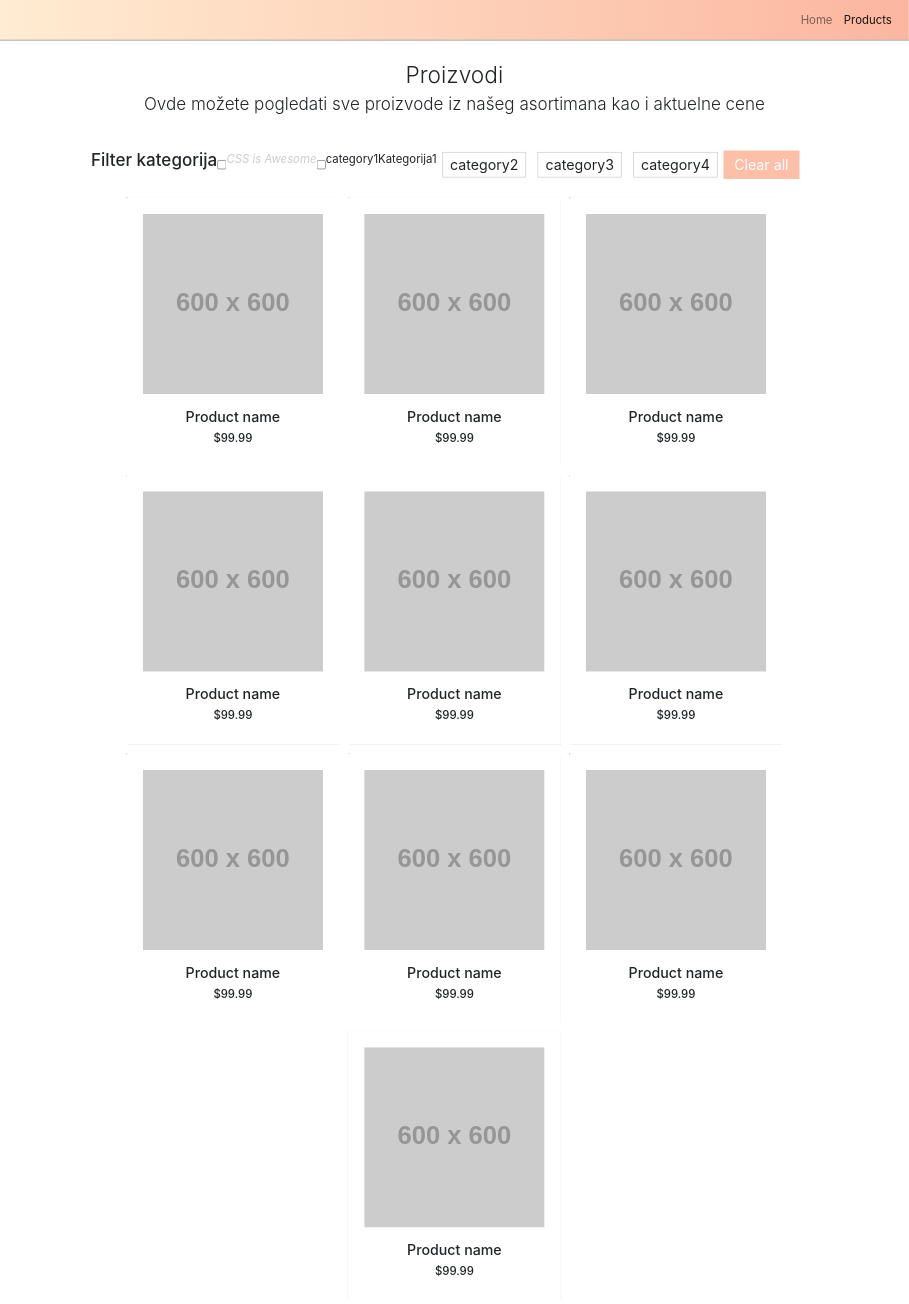
Repository: StevanFilipovic/TemplateForSinglepageWebsite
Page: products.html
An editor plug-in stored every save of this project. The page is shown before and after the next save, followed by the edit.
The browser window is 1280 px wide. The pictures show the whole page, at 71% of full size.
Some web libraries are served in a nearby version.

Above is the page before, as saved 2018-06-15 11:26:54.

### products.html
<!doctype html>
<html>
<head>
	<meta charset="utf-8">
	<title>One Page Scroll</title>
	<meta name="title" content="Website by Stevan" />
	<meta name="description" content="Proizvodi"/>
    <link rel="shortcut icon" id="favicon" href="">
    <meta name="viewport" content="initial-scale=1, width=device-width, maximum-scale=1, minimum-scale=1, user-scalable=no">
	<link href='http://fonts.googleapis.com/css?family=Open+Sans:300,400,700' rel='stylesheet' type='text/css'>
	<link href='http://fonts.googleapis.com/css?family=Pacifico:400' rel='stylesheet' type='text/css'>
	<script type="text/javascript" src="http://code.jquery.com/jquery-1.9.1.js"></script>
  <link href='products-page-style.css' rel='stylesheet' type='text/css'>
  <!-- Da bi koristili less potrebno je odkomentarisati donje dve linije i uraditi konverziju css-a i ubaciti u dole navedene fajlove -->
  <!-- <link rel="stylesheet/less" type="text/css" href="onepage-scrool.less" /> -->
  <!-- <link rel="stylesheet/less" type="text/css" href="styles.less" /> -->
  <!-- <script src="less.js" type="text/javascript"></script> -->
  <link rel="stylesheet" href="https://stackpath.bootstrapcdn.com/bootstrap/4.1.1/css/bootstrap.min.css" integrity="sha384-WskhaSGFgHYWDcbwN70/dfYBj47jz9qbsMId/iRN3ewGhXQFZCSftd1LZCfmhktB" crossorigin="anonymous">

<script>
    $(document).ready(function() {
  var $products = $('.grid-products'),
      $filters = $("#filters input[type='checkbox']"),
      product_filter = new ProductFilterLevel1($products, $filters);
  product_filter.init();
});

function ProductFilterLevel1(products, filters) {
  var _this = this;

  this.init = function() {
    this.products = products;
    this.filters = filters;
    this.bindEvents();
  };

  this.bindEvents = function() {
    this.filters.click(this.filterGridProducts);
    $('#none').click(this.removeAllFilters);
  };

  this.filterGridProducts = function() {
    _this.products.hide();
    var selectedFilters = _this.filters.filter(':checked');
    if (selectedFilters.length) {
      var selectedFiltersValues = [];
      selectedFilters.each(function() {
        var currentFilter = $(this);
        selectedFiltersValues.push("[data-" + currentFilter.attr('name') + "='" + currentFilter.val() + "']");
      });
      _this.products.filter(selectedFiltersValues.join(',')).show();
    } else {
      _this.products.show();
    }
  };

  this.removeAllFilters = function() {
    _this.filters.prop('checked', false);
    _this.products.show();
  }
}
</script>

</head>
<body>
        <div class="header">
                <nav class="navbar navbar-expand-lg navbar-light">
                  <!-- <a class="navbar-brand" href="#">Navbar</a> -->
                  <button class="navbar-toggler" type="button" data-toggle="collapse" data-target="#navbarNavDropdown" aria-controls="navbarNavDropdown" aria-expanded="false" aria-label="Toggle navigation">
                    <span class="navbar-toggler-icon"></span>
                  </button>
                  <div class="collapse navbar-collapse justify-content-end" id="navbarNavDropdown">
                    <ul class="navbar-nav">
                      <li class="nav-item ">
                        <a class="nav-link" href="index.html">Home </a>
                      </li>
                      <li class="nav-item active">
                        <a class="nav-link" href="products.html">Products<span class="sr-only">(current)</span></a>
                      </li>
                      </li>
                    </ul>
                  </div>
                </nav>
                </div>
<div class="intro-text">
    <h2>Proizvodi</h2>
    <h4>Ovde možete pogledati sve proizvode iz našeg asortimana kao i aktuelne cene</h4>
</div>
<div id="filters" class="products">
    <div class="filter-wrapper">
      <h4>Filter kategorija</h4>
      <input type="checkbox" id="ossm" name="ossm">
      <label for="ossm">CSS is Awesome</label>

      <input type="checkbox" name="colour" id="category1" value="category1" ><span class="filters-title">category1</span></input>
      <label for="category1">Kategorija1</label>

      <label class="filter-container"><input type="checkbox" name="colour" id="category2" value="category2"><span class="filters-title">category2</span></input></label>
      <label class="filter-container"><input type="checkbox" name="colour" id="category3" value="category3"><span class="filters-title">category3</span></input></label>
      <label class="filter-container"><input type="checkbox" name="colour" id="category4" value="category4"><span class="filters-title">category4</span></input></label>
    </div>
    <div>
      <input class="button-clear dugme" type="button" id="none" value="Clear all"></input>
    </div>
  </div>

          <section class="products">
                <div class="product-card grid-products" data-colour="category1">
                    <div class="product-image">
                        <img src="http://via.placeholder.com/600x600">
                    </div>
                    <div class="product-info">
                        <h5>Product name</h5>
                        <h6>$99.99</h6>
                    </div>
                </div>

                <div class="product-card grid-products" data-colour="category1">
                    <div class="product-image">
                        <img src="http://via.placeholder.com/600x600">
                    </div>
                    <div class="product-info">
                        <h5>Product name</h5>
                        <h6>$99.99</h6>
                    </div>
                </div>

                <div class="product-card grid-products" data-colour="category2">
                    <div class="product-image">
                        <img src="http://via.placeholder.com/600x600">
                    </div>
                    <div class="product-info">
                        <h5>Product name</h5>
                        <h6>$99.99</h6>
                    </div>
                </div>

                <div class="product-card grid-products" data-colour="category2">
                    <div class="product-image">
                        <img src="http://via.placeholder.com/600x600">
                    </div>
                    <div class="product-info">
                        <h5>Product name</h5>
                        <h6>$99.99</h6>
                    </div>
                </div>

                <div class="product-card grid-products" data-colour="category3">
                    <div class="product-image">
                        <img src="http://via.placeholder.com/600x600">
                    </div>
                    <div class="product-info">
                        <h5>Product name</h5>
                        <h6>$99.99</h6>
                    </div>
                </div>

                <div class="product-card grid-products" data-colour="category3">
                    <div class="product-image">
                        <img src="http://via.placeholder.com/600x600">
                    </div>
                    <div class="product-info">
                        <h5>Product name</h5>
                        <h6>$99.99</h6>
                    </div>
                </div>

                <div class="product-card grid-products" data-colour="category3">
                    <div class="product-image">
                        <img src="http://via.placeholder.com/600x600">
                    </div>
                    <div class="product-info">
                        <h5>Product name</h5>
                        <h6>$99.99</h6>
                    </div>
                </div>

                <div class="product-card grid-products" data-colour="category4">
                    <div class="product-image">
                        <img src="http://via.placeholder.com/600x600">
                    </div>
                    <div class="product-info">
                        <h5>Product name</h5>
                        <h6>$99.99</h6>
                    </div>
                </div>

                <div class="product-card grid-products" data-colour="category4">
                    <div class="product-image">
                        <img src="http://via.placeholder.com/600x600">
                    </div>
                    <div class="product-info">
                        <h5>Product name</h5>
                        <h6>$99.99</h6>
                    </div>
                </div>

                <div class="product-card grid-products" data-colour="category4">
                    <div class="product-image">
                        <img src="http://via.placeholder.com/600x600">
                    </div>
                    <div class="product-info">
                        <h5>Product name</h5>
                        <h6>$99.99</h6>
                    </div>
                </div>

            </section>

</body>
</html>

### products-page-style.css
.header{
    background-image: linear-gradient(to right, #ffecd2 0%, #fcb69f 100%);
    border-bottom: 1px solid gray;
}
.intro-text{
  margin: 30px auto 50px;
}
.intro-text h2, .intro-text h4{
  text-align: center;
    font-weight: 300;
}
.products {
	display: flex;
    flex-wrap: wrap;
    width: 90%;
    margin: auto;
    justify-content: center;
}
#filters{
  margin-bottom: 20px;
  justify-content: start;
  width: 80%;
}

.product-card {
	display: flex;
	flex-direction: column;
    max-width: 300px;
	padding: 2%;
  /* flex: 1 16%; */
  margin: 6px;

	background-color: #FFF;
	box-shadow: 0px 0px 1px 0px rgba(0,0,0,0.25);
}

.product-image img {
	width: 100%;
}

.product-info {
	margin-top: auto;
	padding-top: 20px;
	text-align: center;
}

@media ( max-width: 920px ) {

	/* .product-card {
		flex: 1 21%;
	} */

	/* .products .product-card:first-child,
	.products .product-card:nth-child(2) {
		flex: 2 46%;
	} */

}

@media ( max-width: 600px ) {

	/* .product-card {
		flex: 1 46%;
	} */

}

@media ( max-width: 480px ) {

	h1 {
		margin-bottom: 20px;
	}

	.product-filter {
		flex-direction: column;
	}

	.sort {
		align-self: flex-start;
	}

}


/* Checkmark */

/* Customize the label (the container) */
.filter-container {
    display: block;
    position: relative;
    margin: auto 8px;
    cursor: pointer;
    font-size: 20px;
    -webkit-user-select: none;
    -moz-user-select: none;
    -ms-user-select: none;
    user-select: none;
    border: 1px solid #cccccc;
    padding: 2px 10px;
  }


.filter-category{
  border: 1px solid #cccccc;
  padding: 2px 10px;
  margin: auto 8px;
}

input[type=checkbox] + label {
  color: #ccc;
  font-style: italic;
}
input[type=checkbox]:checked + label {
  background: #f00;
  font-style: normal;
}


  /* Hide the browser's default checkbox */
  .filter-container input {
    position: absolute;
    opacity: 0;
    cursor: pointer;
  }

  /* Create a custom checkbox */
  .checkmark {
    position: absolute;
    top: 0;
    left: 0;
    height: 30px;
    width: 30px;
    background-color: #eee;
    display: none;
  }

  /* On mouse-over, add a grey background color */
  .filter-container:hover input ~ .checkmark {
    background-color: #ccc;
  }

  /* When the checkbox is checked, add a blue background */
  .filter-container input:checked ~ .checkmark {
    background-color: #fdbfa7;
  }

  /* Create the checkmark/indicator (hidden when not checked) */
  .checkmark:after {
    content: "";
    position: absolute;
    display: none;
  }

  /* Show the checkmark when checked */
  .filter-container input:checked ~ .checkmark:after {
    display: block;
  }

  /* Style the checkmark/indicator */
  .filter-container .checkmark:after {
    left: 9px;
    top: 5px;
    width: 10px;
    height: 15px;
    border: solid white;
    border-width: 0 3px 3px 0;
    -webkit-transform: rotate(45deg);
    -ms-transform: rotate(45deg);
    transform: rotate(45deg);
  }

  .filter-wrapper{
      display: contents;
      margin-bottom: 15px;
  }

  .button-clear{
    background: #FDBFA7;
    font-size: 20px;
    color: white;
    border-style: none;
    cursor: pointer;
    padding: 5px 15px;
  }

After the next save:
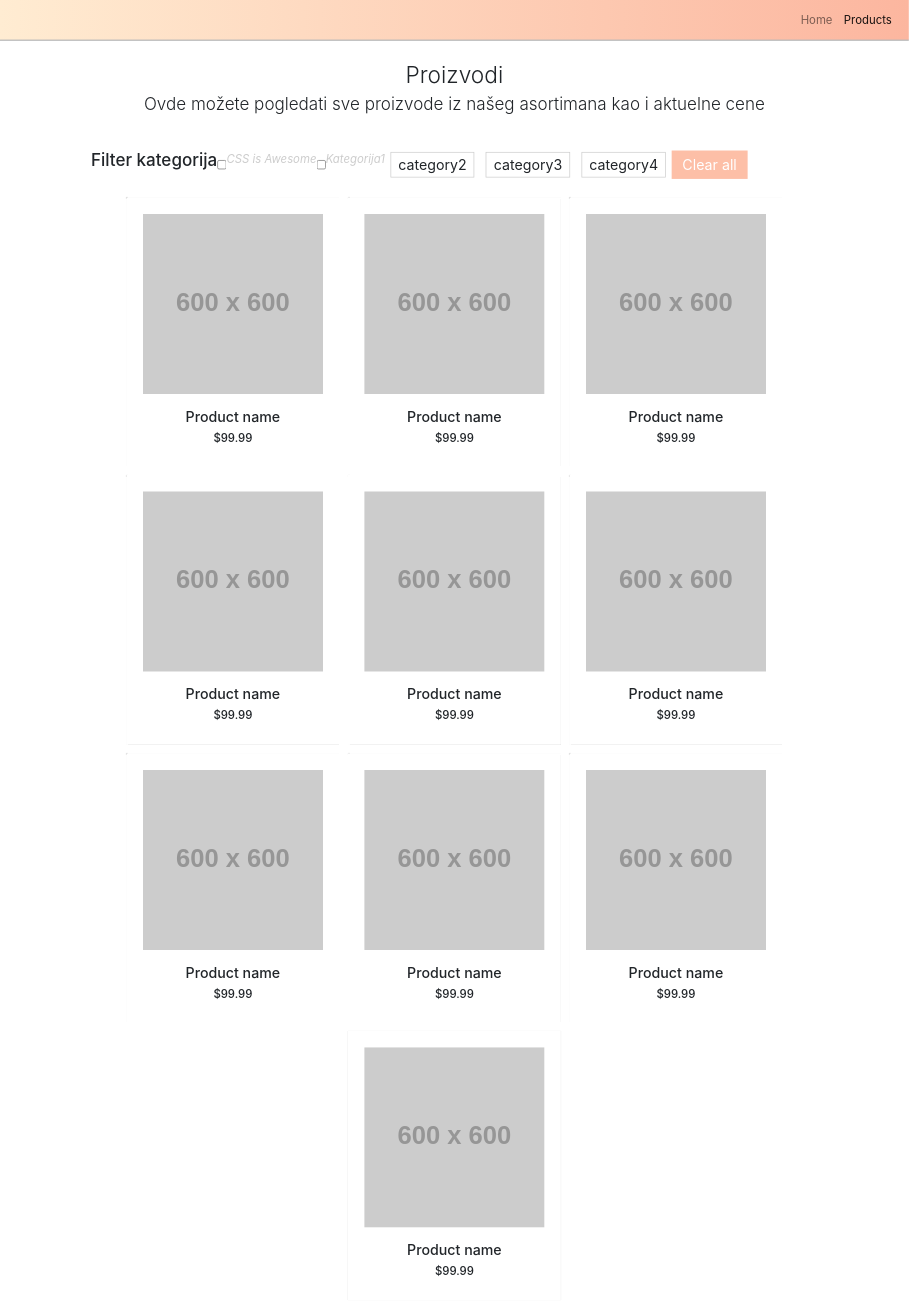
Saved 29 s later.
--- a/products.html
+++ b/products.html
@@ -92,7 +92,7 @@ function ProductFilterLevel1(products, filters) {
       <input type="checkbox" id="ossm" name="ossm">
       <label for="ossm">CSS is Awesome</label>
 
-      <input type="checkbox" name="colour" id="category1" value="category1" ><span class="filters-title">category1</span></input>
+      <input type="checkbox" name="colour" id="category1" value="category1" ></input>
       <label for="category1">Kategorija1</label>
 
       <label class="filter-container"><input type="checkbox" name="colour" id="category2" value="category2"><span class="filters-title">category2</span></input></label>
